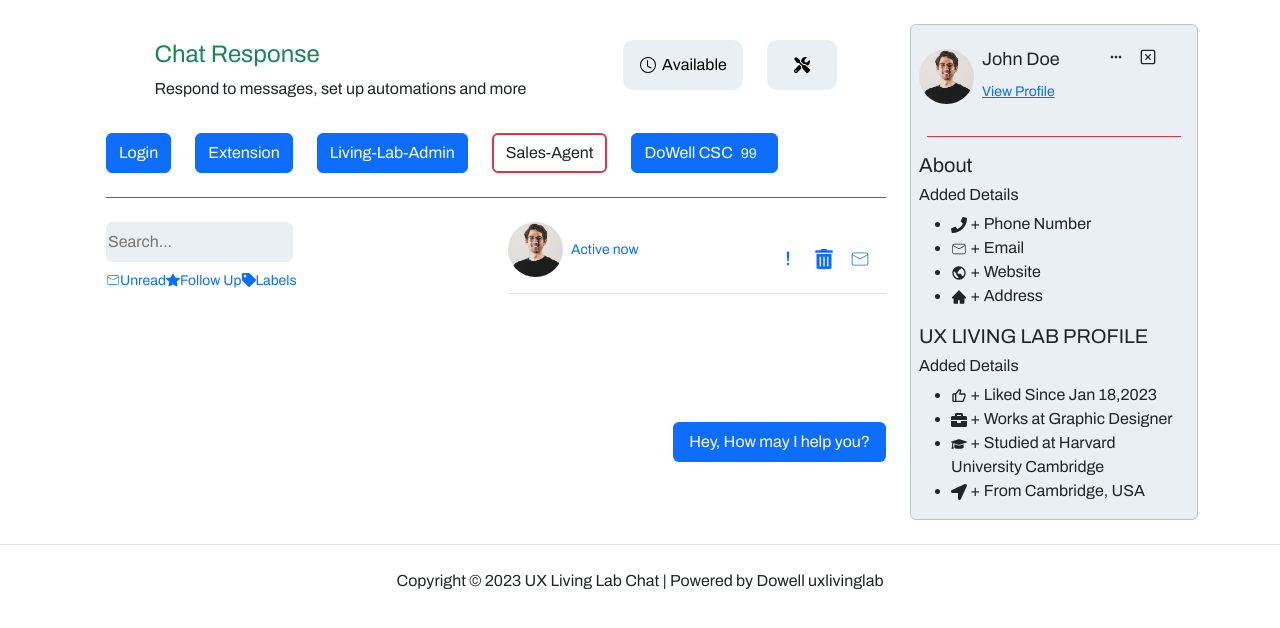
Repository: uh-sman/UX-Living-Lab-Chat
Page: /
These files come from the project's save history. The page is drawn as it stood at one moment and after the next save; the edit follows.
The browser window is 1280 px wide. The pictures show the whole page.
The project was rebuilt for these pictures with package versions that can differ from the ones it lists, and the page was loaded fresh each time.

Above is the page before, as saved 2023-05-10 18:38:55.

After the next save:
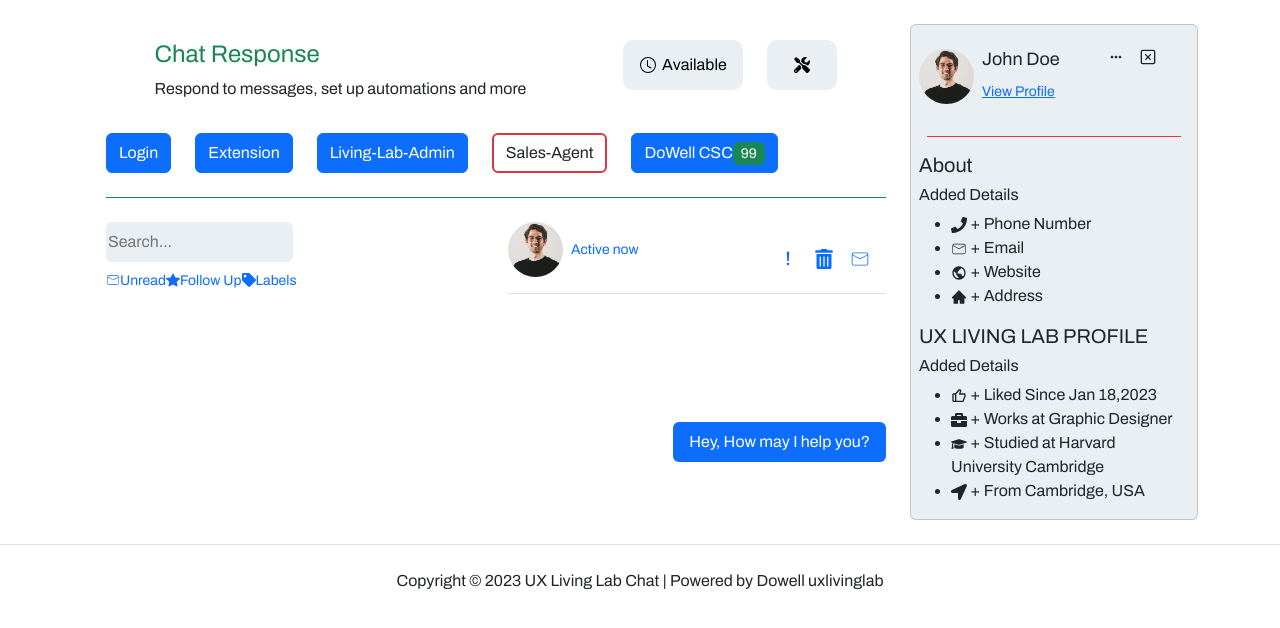
Saved 46 s later.
--- a/src/container/ChatItems/Buttons.jsx
+++ b/src/container/ChatItems/Buttons.jsx
@@ -17,7 +17,7 @@ const Buttons = () => {
       </button>
       <button type="button" className="btn btn-primary">
         DoWell CSC
-        <small className="bg-primary text-white px-2 py-1 rounded">
+        <small className="bg-success text-white px-2 py-1 rounded">
           {"99"}
         </small>
       </button>
